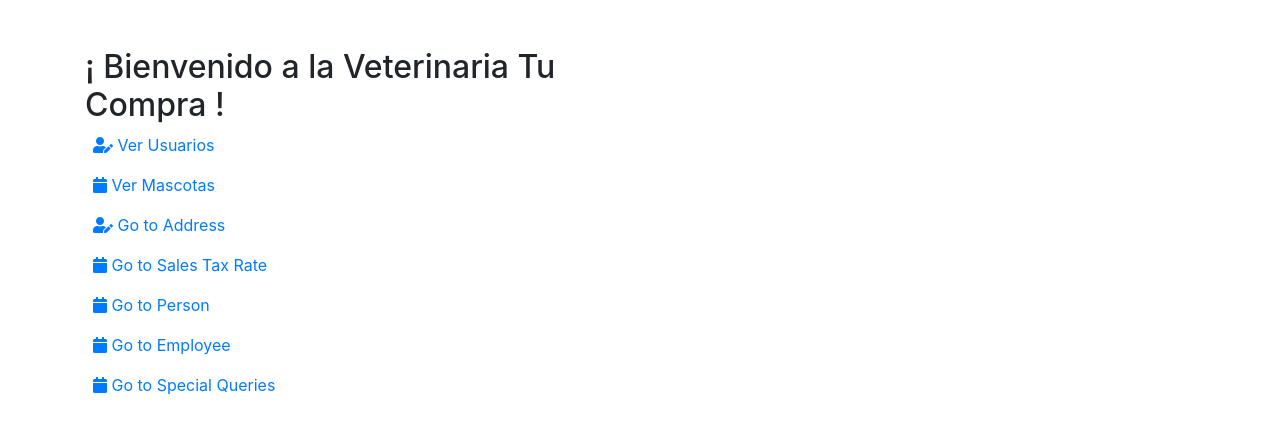
Repository: SebasBarrera/historial-clinico-veterinario
Page: historial-clinico-veterinario-backend/src/main/resources/static/index.html
The author's editor kept a copy of each file at every save. The page is drawn from the files as they stood at one save, then again after the next save.
The browser window is 1280 px wide. The pictures show the whole page.
Some icons come from a web library that is not loaded, so they are not drawn. Some web libraries are served in a nearby version.

Above is the page before, as saved 2023-02-27 01:01:13.

### historial-clinico-veterinario-backend/src/main/resources/static/index.html
<!DOCTYPE html>
<html xmlns:th="http://www.thymeleaf.org">
<head>
<meta charset="utf-8">
<meta http-equiv="x-ua-compatible" content="ie=edge">
<title>Veterinaria Tu</title>
<meta name="viewport" content="width=device-width, initial-scale=1">
<link rel="stylesheet"
	href="https://stackpath.bootstrapcdn.com/bootstrap/4.1.3/css/bootstrap.min.css"
	integrity="sha384-MCw98/SFnGE8fJT3GXwEOngsV7Zt27NXFoaoApmYm81iuXoPkFOJwJ8ERdknLPMO"
	crossorigin="anonymous">
<link rel="stylesheet"
	href="https://use.fontawesome.com/releases/v5.4.1/css/all.css"
	integrity="sha384-5sAR7xN1Nv6T6+dT2mhtzEpVJvfS3NScPQTrOxhwjIuvcA67KV2R5Jz6kr4abQsz"
	crossorigin="anonymous">
</head>
<body>
	<div class="container my-5">
		<div class="row">
			<div class="col-md-6">
				<h2>¡ Bienvenido a la Veterinaria Tu Compra !</h2>

				<p><a href="/usuario/"><i class="fas fa-user-edit ml-2"></i> Ver Usuarios</a></p>
				<p><a href="/mascota/"><i class="fas fa-calendar ml-2"></i> Ver Mascotas</a></p>
				<p><a href="/address/"><i class="fas fa-user-edit ml-2"></i> Go to Address</a></p>
				<p><a href="/salestaxrate/"><i class="fas fa-calendar ml-2"></i> Go to Sales Tax Rate</a></p>
				<p><a href="/person/"><i class="fas fa-calendar ml-2"></i> Go to Person</a></p>
				<p><a href="/employee/"><i class="fas fa-calendar ml-2"></i> Go to Employee</a></p>
				<p><a href="/specialqueries/address/"><i class="fas fa-calendar ml-2"></i> Go to Special Queries</a></p>
				<!--  <a href="/logout" class="btn btn-primary">Logout</a>-->
			</div>
		</div>
	</div>
</body>

After the next save:
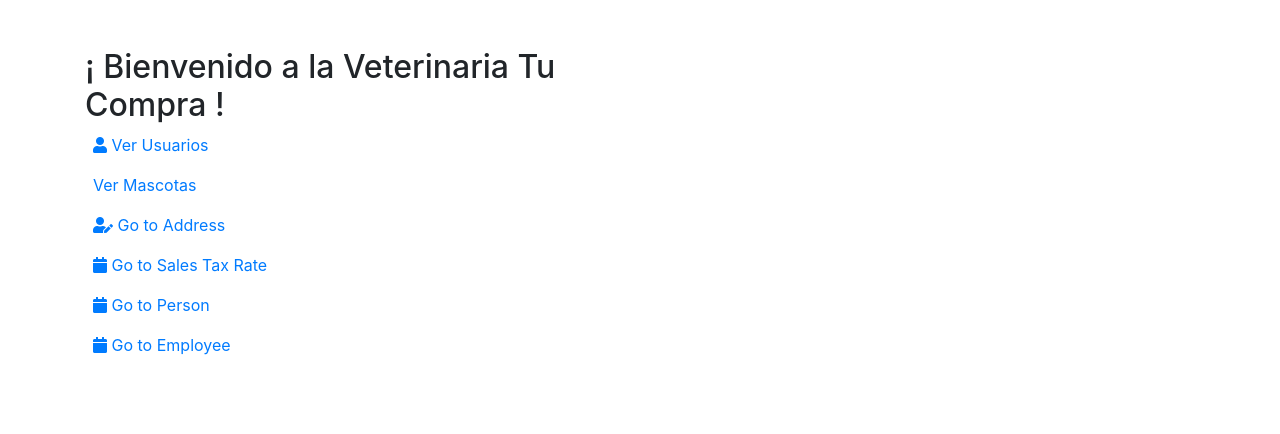
Saved 4 min 55 s later.
--- a/historial-clinico-veterinario-backend/src/main/resources/static/index.html
+++ b/historial-clinico-veterinario-backend/src/main/resources/static/index.html
@@ -20,13 +20,13 @@
 			<div class="col-md-6">
 				<h2>¡ Bienvenido a la Veterinaria Tu Compra !</h2>
 
-				<p><a href="/usuario/"><i class="fas fa-user-edit ml-2"></i> Ver Usuarios</a></p>
-				<p><a href="/mascota/"><i class="fas fa-calendar ml-2"></i> Ver Mascotas</a></p>
-				<p><a href="/address/"><i class="fas fa-user-edit ml-2"></i> Go to Address</a></p>
+				<p><a href="/usuario/"><i class="fas fa-user ml-2"></i> Ver Usuarios</a></p>
+				<p><a href="/mascota/"><i class="fa-solid fa-paw-simple ml-2"></i> Ver Mascotas</a></p>
+				<p><a href="/Colaboradores/"><i class="fas fa-user-edit ml-2"></i> Go to Address</a></p>
 				<p><a href="/salestaxrate/"><i class="fas fa-calendar ml-2"></i> Go to Sales Tax Rate</a></p>
 				<p><a href="/person/"><i class="fas fa-calendar ml-2"></i> Go to Person</a></p>
 				<p><a href="/employee/"><i class="fas fa-calendar ml-2"></i> Go to Employee</a></p>
-				<p><a href="/specialqueries/address/"><i class="fas fa-calendar ml-2"></i> Go to Special Queries</a></p>
+				<!-- <p><a href="/specialqueries/address/"><i class="fas fa-calendar ml-2"></i> Go to Special Queries</a></p>-->
 				<!--  <a href="/logout" class="btn btn-primary">Logout</a>-->
 			</div>
 		</div>
